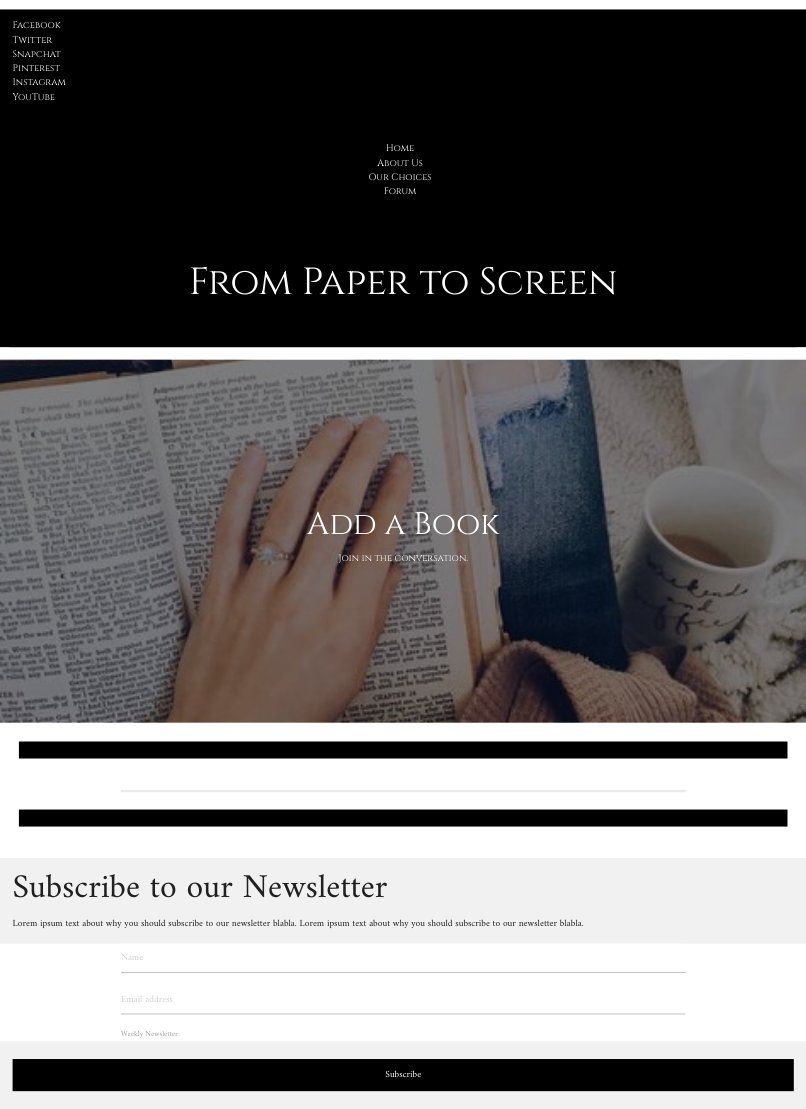
Repository: elizabeth24602/paper-to-screen
Page: http://localhost/
The author's editor kept a record of every edit. The page is drawn from the files as they stood at one moment, then again after the next edit.
The browser window is 1280 px wide. The pictures show the whole page, at 63% of full size.
Some web libraries are served in a nearby version. The page is served by the project's application, run on Flask 3 (app.py). Queries for data that is not in the repository find no rows.

Above is the page before.

After the next edit:
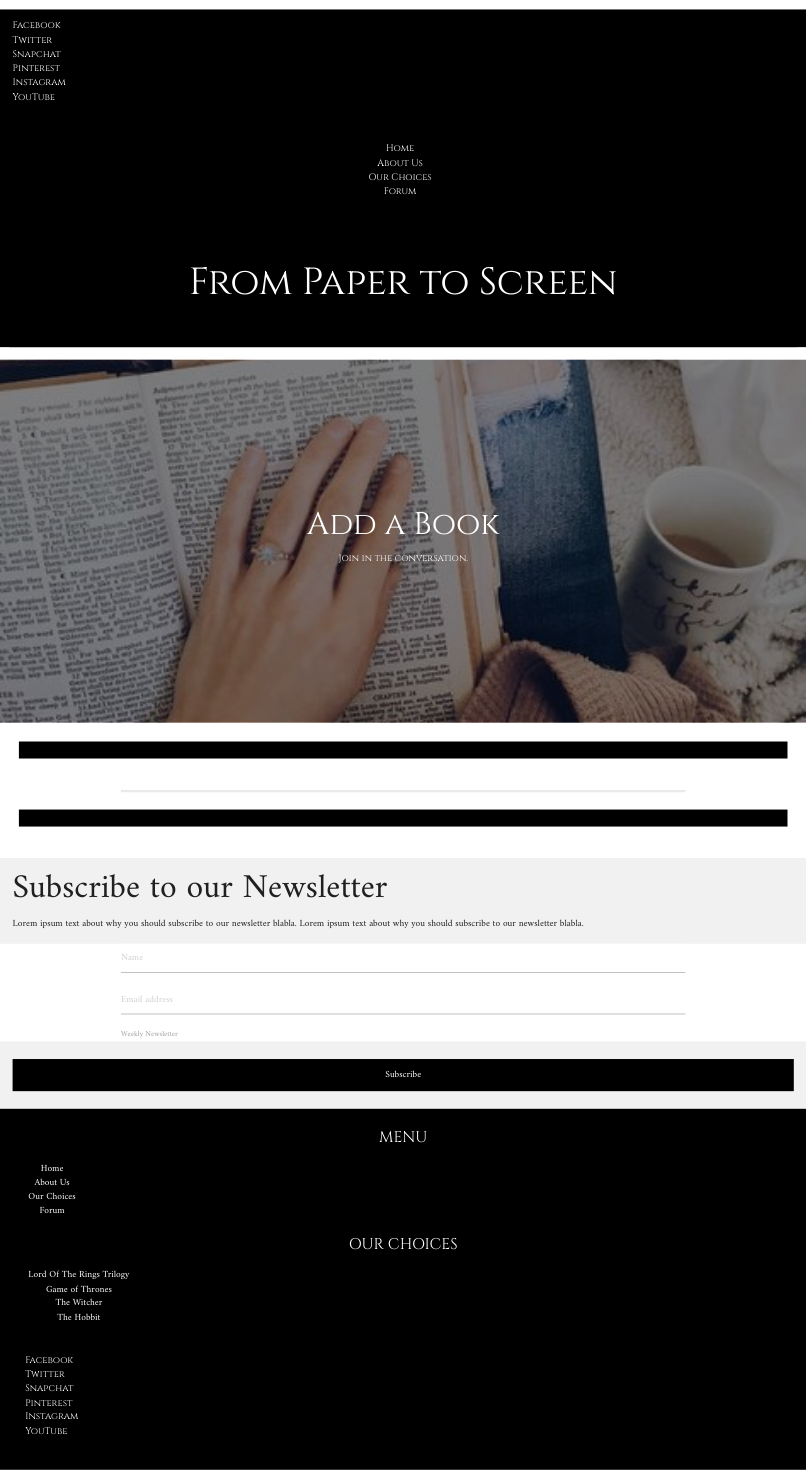
The edit:
--- a/templates/base.html
+++ b/templates/base.html
@@ -81,6 +81,104 @@
     {% block content %}
     {% endblock %}
 
+      <footer class="container-fluid">
+         <div id="footer-details" class="row">
+            <div class="col-md-4">
+               <h5 class="uppercase general-sub">Menu</h5>
+               <ul class="inline-block list-inline container-fluid">
+                  <li class="list-item">
+                     <a target="_blank" href="index.html">
+                     <span>Home</span>
+                     </a>
+                  </li>
+                  <li class="list-item">
+                     <a target="_blank" href="about.html">
+                     <span>About Us</span>
+                     </a>
+                  </li>
+                  <li class="list-item">
+                     <a target="_blank" href="choices.html">
+                     <span>Our Choices</span>
+                     </a>
+                  </li>
+                  </li>
+                  <li class="list-item">
+                     <a target="_blank" href="forum.html">
+                     <span>Forum</span>
+                     </a>
+                  </li>
+               </ul>
+            </div>
+            <div class="col-md-4">
+               <h5 class="uppercase general-sub">Our Choices</h5>
+               <ul class="inline-block list-inline container-fluid">
+                  <li class="list-item">
+                     <a target="_blank" href="choices.html">
+                     <span>Lord Of The Rings Trilogy</span>
+                     </a>
+                  </li>
+                  <li class="list-item">
+                     <a target="_blank" href="choices.html">
+                     <span>Game of Thrones</span>
+                     </a>
+                  </li>
+                  <li class="list-item">
+                     <a target="_blank" href="choices.html">
+                     <span>The Witcher</span>
+                     </a>
+                  </li>
+                  <li class="list-item">
+                     <a target="_blank" href="choices.html">
+                     <span>The Hobbit</span>
+                     </a>
+                  </li>
+               </ul>
+            </div>
+            <div class="col-md-4">
+               <ul class="list-inline social-links container-fluid">
+                  <li class="list-inline-item">
+                     <a target="_blank" href="#">
+                     <i class="fa fa-facebook" aria-hidden="true"></i>
+                     <span class="sr-only">Facebook</span>
+                     </a>
+                  </li>
+                  <li class="list-inline-item">
+                     <a target="_blank" href="#">
+                     <i class="fa fa-twitter" aria-hidden="true"></i>
+                     <span class="sr-only">Twitter</span>
+                     </a>
+                  </li>
+                  <li class="list-inline-item">
+                     <a target="_blank" href="#">
+                     <i class="fa fa-snapchat" aria-hidden="true"></i>
+                     <span class="sr-only">Snapchat</span>
+                     </a>
+                  </li>
+                  <li class="list-inline-item">
+                     <a target="_blank" href="#">
+                     <i class="fa fa-pinterest" aria-hidden="true"></i>
+                     <span class="sr-only">Pinterest</span>
+                     </a>
+                  </li>
+                  <li class="list-inline-item">
+                     <a target="_blank" href="#">
+                     <i class="fa fa-instagram" aria-hidden="true"></i>
+                     <span class="sr-only">Instagram</span>
+                     </a>
+                  </li>
+                  <li class="list-inline-item">
+                     <a target="_blank" href="#">
+                     <i class="fa fa-youtube" aria-hidden="true"></i>
+                     <span class="sr-only">YouTube</span>
+                     </a>
+                  </li>
+               </ul>
+            </div>
+         </div>
+      </footer>
+
+
+
     <script src="https://cdnjs.cloudflare.com/ajax/libs/jquery/3.2.1/jquery.min.js"></script>
     <script src="https://cdnjs.cloudflare.com/ajax/libs/materialize/0.100.2/js/materialize.min.js"></script>
     <script type="text/javascript">
